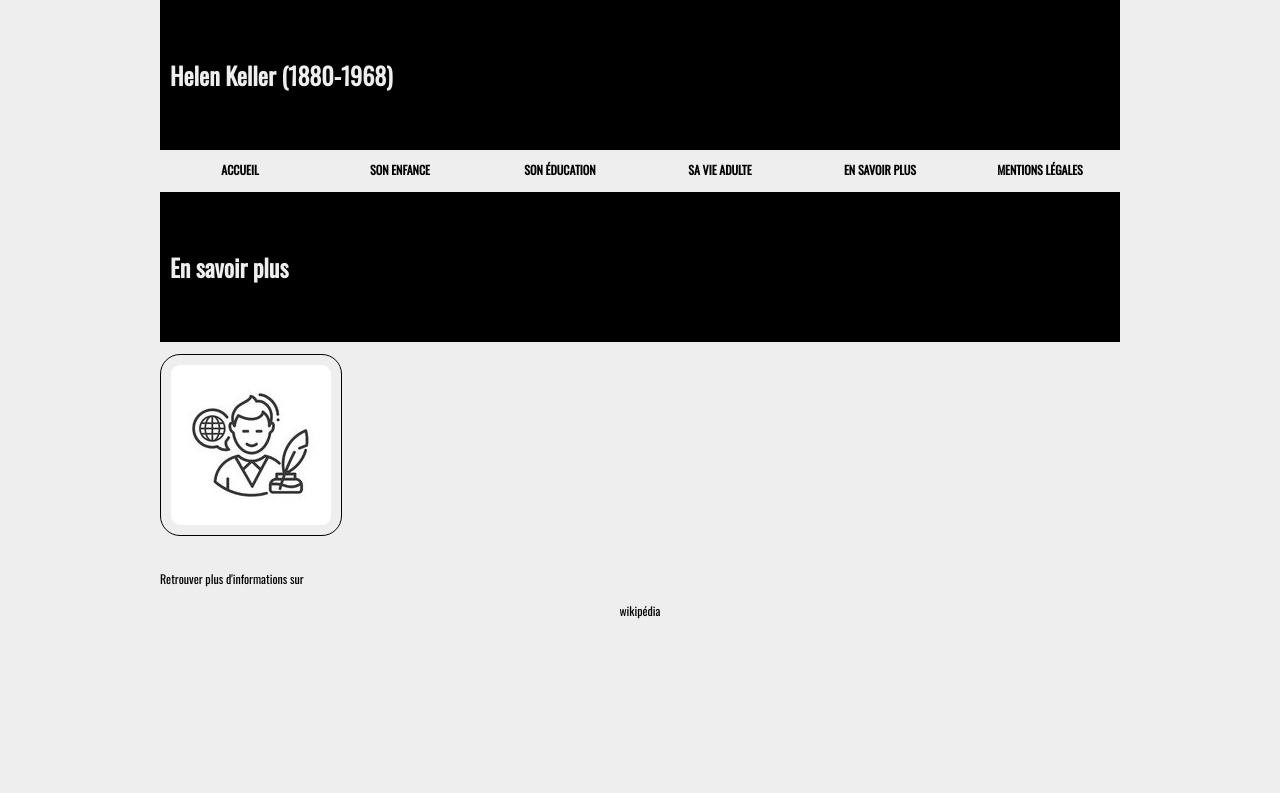
Repository: Luc010/Exercices
Page: HTML CSS/biographie_helen_keller/savoirplus.html
The author's editor kept a copy of each file at every save. The page is drawn from the files as they stood at one save, then again after a run of saves.
The browser window is 1280 px wide. The pictures show the whole page.

Above is the page before, as saved 2019-09-04 15:38:37.

### HTML CSS/biographie_helen_keller/savoirplus.html
<!DOCTYPE html>
<html lang="fr">
<head>
    <title>Biographie Helen Keller - En savoir plus</title>
    <meta charset="UTF-8">
    <meta name="viewport" content="width=device-width, initial-scale=1.0">
    <meta http-equiv="X-UA-Compatible" content="ie=edge">
    <link href="style.css" rel="stylesheet">
</head>
<body>
    <header>
        <div class="container">
            <h1>Helen Keller (1880-1968)</h1>
        </div>
    </header>
    <nav>
        <ul>
            <li><a href="index.html">Accueil</a></li>
            <li><a href="enfance.html">Son enfance</a></li>
            <li><a href="education.html">Son éducation</a></li>
            <li><a href="adulte.html">Sa vie adulte</a></li>
            <li><a href="savoirplus.html">En savoir plus</a></li>
            <li><a href="mentions.html">Mentions légales</a></li>
        </ul>
    </nav>
    <main>
        <div class="container">
            <h1>En savoir plus</h1>
            <p><img src="img/hk8.jpg" alt="icone biographie"></p>
            <p>Retrouver plus d'informations sur <a href="https://fr.wikipedia.org/wiki/Helen_Keller"
                    target="_blank">wikipédia</a>
            </p>
        </div>
    </main>
    <footer>
        <div class="container"></div>
    </footer>
</body>
</html>

### HTML CSS/biographie_helen_keller/style.css
@import url('https://fonts.googleapis.com/css?family=Oswald&display=swap');
body{
    margin: 0;
    padding: 0;
    background-color: #eee;
    font-size: 12px;
    font-family: 'Oswald',corbel,calibri,sans-serif;
}
h1{
    background-color: black;
    color: #eee;
    text-indent: 10px;
    height: 150px;
    line-height: 150px;
    margin: 0;
}
h2{
    color: grey;
    border-bottom: 1px solid black;
}
p{
    /* Pourcentage plus simple à gérer, interligne (utilité: bcp de text) */
    line-height:200%;
}
img{
    border: 1px solid black;
    border-radius: 20px;
    padding: 10px;
}
.container {
    display: flex;
    flex-direction: column;
    min-height: 150px;
    width: 960px;
    margin-left: auto;
    margin-right: auto;
}
nav {
    min-height: 40px;
    position: sticky;
    top: 0;
    width: 960px;
    margin-left: auto;
    margin-right: auto;
}
ul, li {
    margin: 0;
    padding: 0;
    list-style: none;
}
ul {
    display: flex;
}
li {
    width: 100%;
    margin-bottom: 2px;
    height: 40px;
    font-weight: bold;
    text-transform: uppercase;
}
a {
    color: black;
    text-decoration: none;
    display: block;
    height: 40px;
    line-height: 40px;
    text-align: center;
    background-color: #eee;
}
a:hover {
    color: white;
    background-color: black;
}

After the next 2 saves:
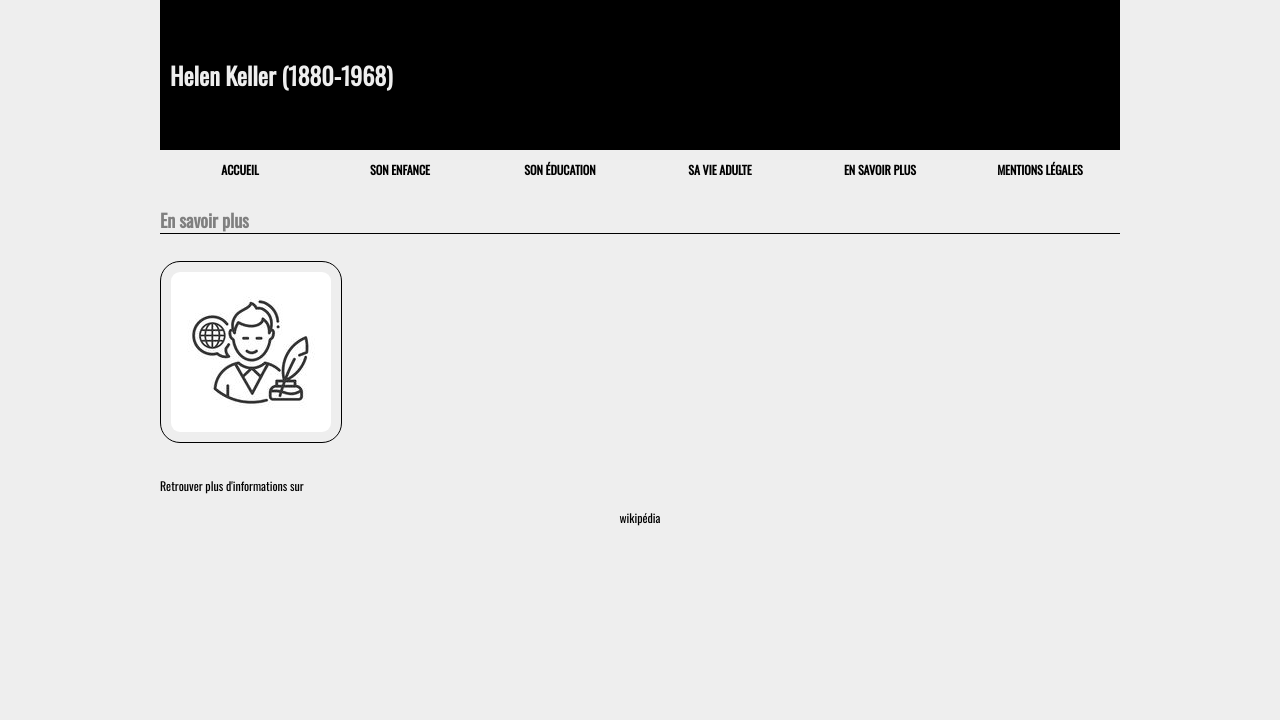
The 2 saves are shown as one change because they came seconds apart.
The last was saved 79 s later.
--- a/HTML CSS/biographie_helen_keller/savoirplus.html
+++ b/HTML CSS/biographie_helen_keller/savoirplus.html
@@ -25,7 +25,7 @@
     </nav>
     <main>
         <div class="container">
-            <h1>En savoir plus</h1>
+            <h2>En savoir plus</h2>
             <p><img src="img/hk8.jpg" alt="icone biographie"></p>
             <p>Retrouver plus d'informations sur <a href="https://fr.wikipedia.org/wiki/Helen_Keller"
                     target="_blank">wikipédia</a>
